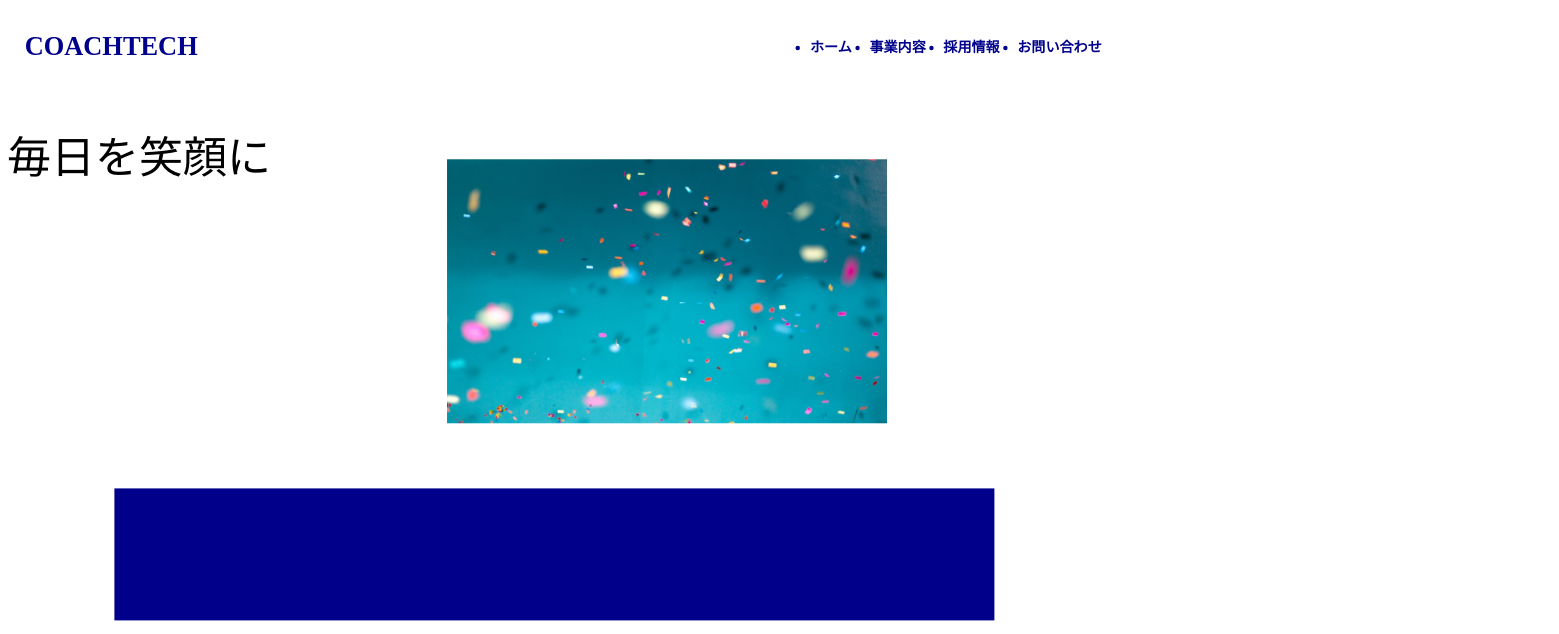
Repository: moro-ayu3/20230213_morohoshi
Page: index.html
These files come from the project's save history. The page is drawn as it stood at one moment and after a run of saves; the edit follows.
The browser window is 1280 px wide. The page is 1772 px wide, so the pictures cover 1772 px, including what lies to the right of the window. The pictures show the whole page, at 88% of full size.

Above is the page before, as saved 2023-02-14 10:15:28.

After the next 2 saves:
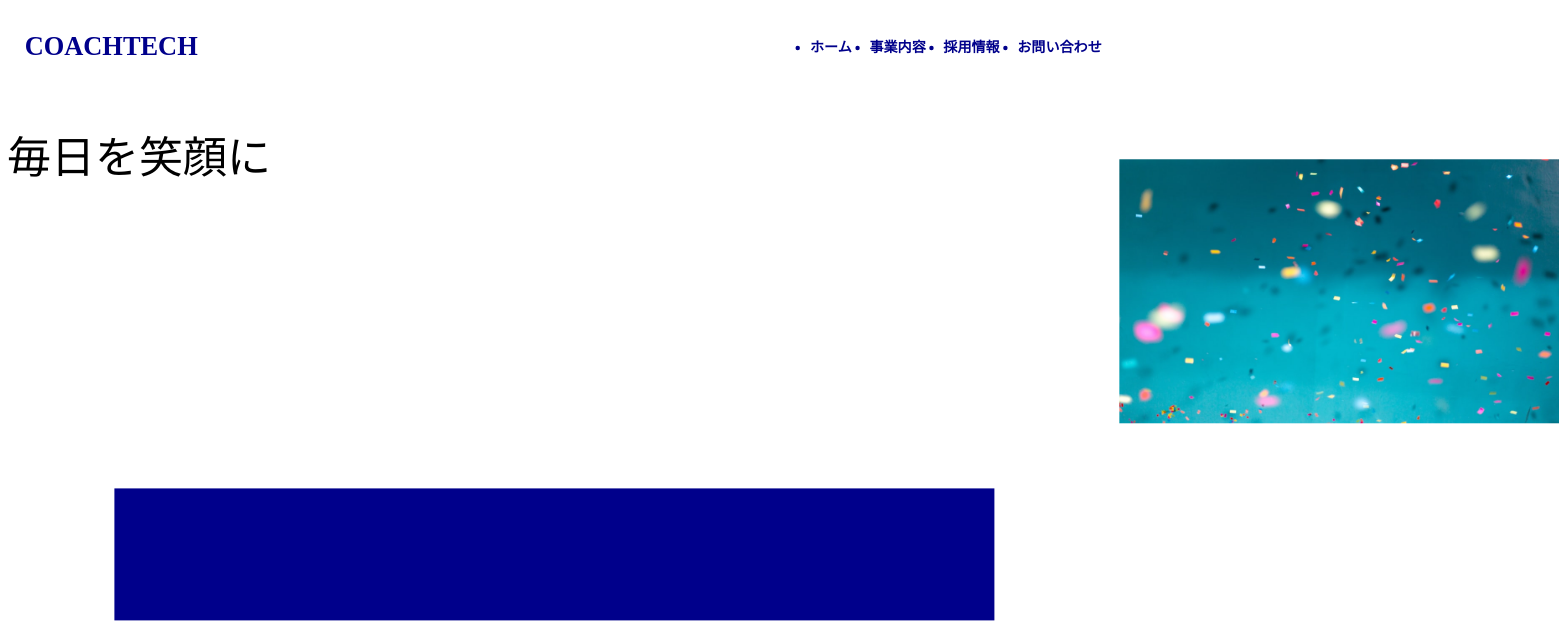
The 2 saves are shown as one change because they came seconds apart.
The last was saved 9 s later.
--- a/style.css
+++ b/style.css
@@ -37,7 +37,7 @@
 .img {
   width: 100%;
   height: auto;
-  text-align: ;
+  text-align: right;
 }
 
 .absolute {

After the save that followed:
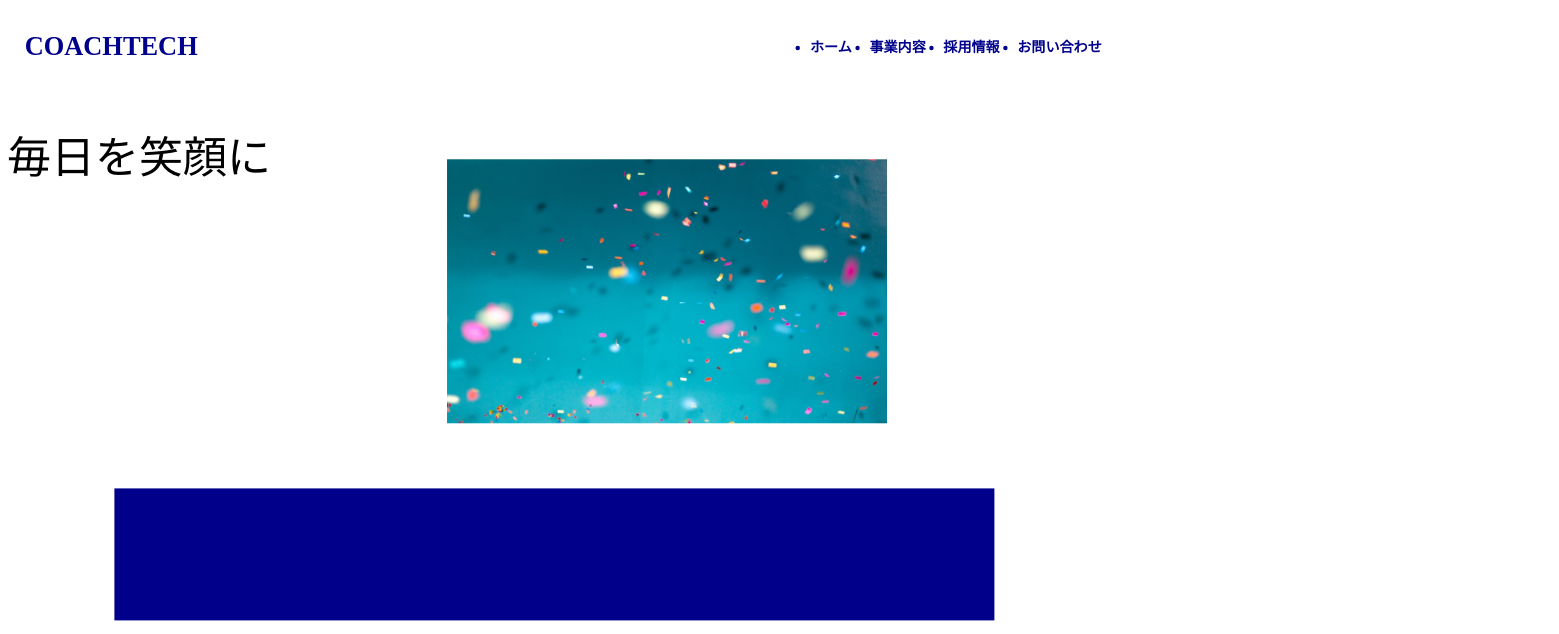
Saved 39 s later.
--- a/style.css
+++ b/style.css
@@ -37,7 +37,6 @@
 .img {
   width: 100%;
   height: auto;
-  text-align: right;
 }
 
 .absolute {
